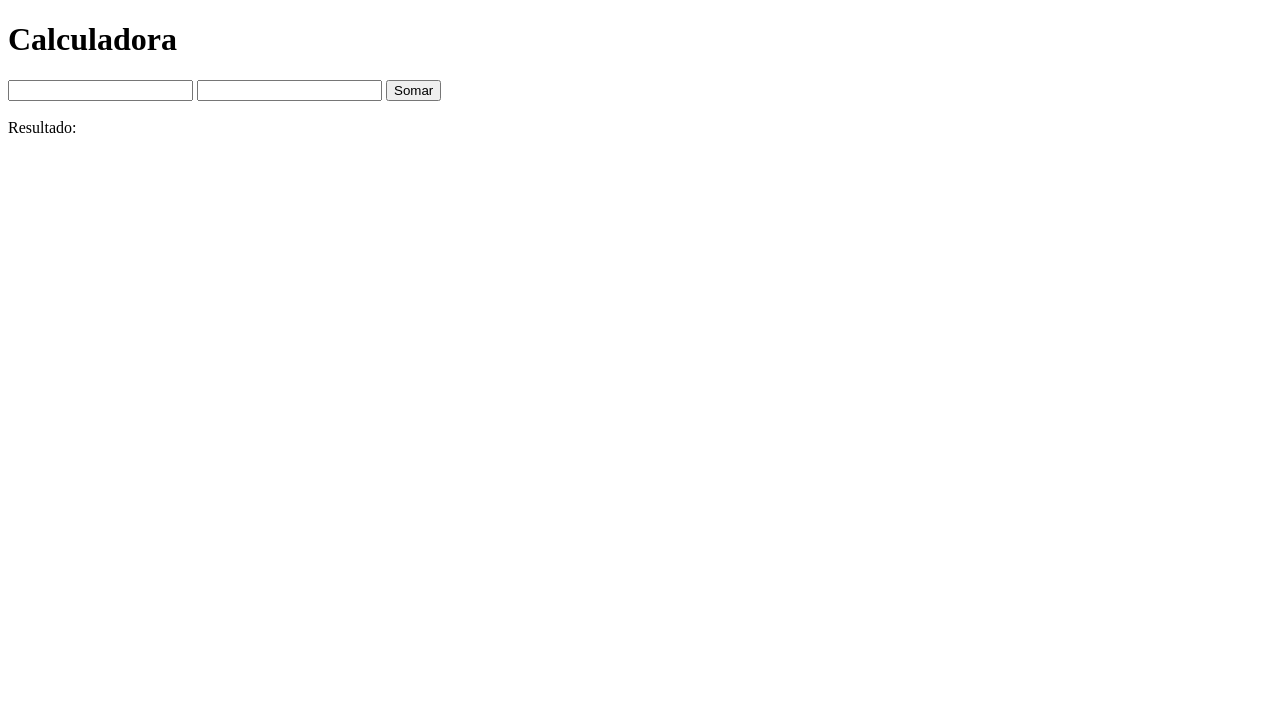
Repository: MilenaMelo/test-calculator-selenium
Page: calculadora.html
These files come from the project's save history. The page is drawn as it stood at one moment and after the next save; the edit follows.
The browser window is 1280 px wide. The pictures show the whole page.

Above is the page before, as saved 2021-04-30 15:00:37.

After the next save:
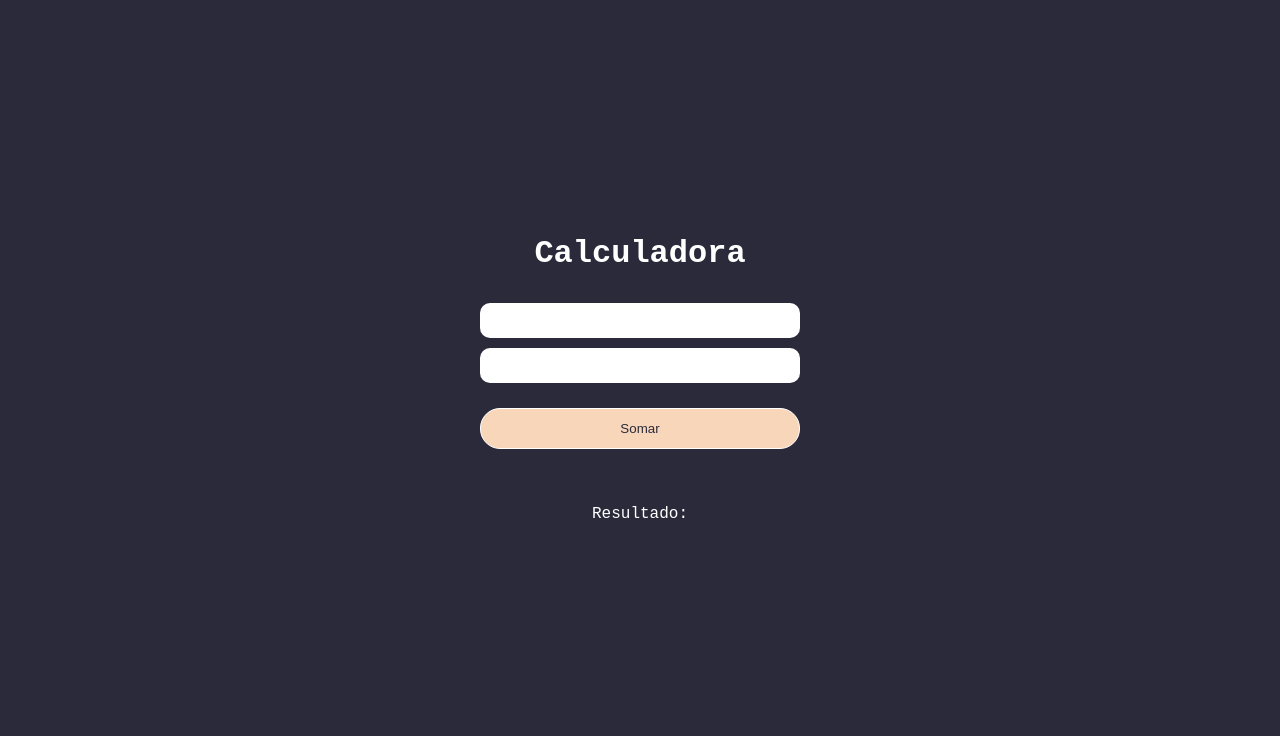
Saved 16 s later.
--- a/calculadora.html
+++ b/calculadora.html
@@ -1,7 +1,7 @@
 <!DOCTYPE html>
 <html lang="pt-br" xmlns="http://www.w3.org/1999/xhtml">
     <head>
-        <!-- <link rel="stylesheet" href="style.css"> -->
+        <link rel="stylesheet" href="style.css">
         <meta charset="UTF-8">
         <title>Calculator</title>
     </head>
